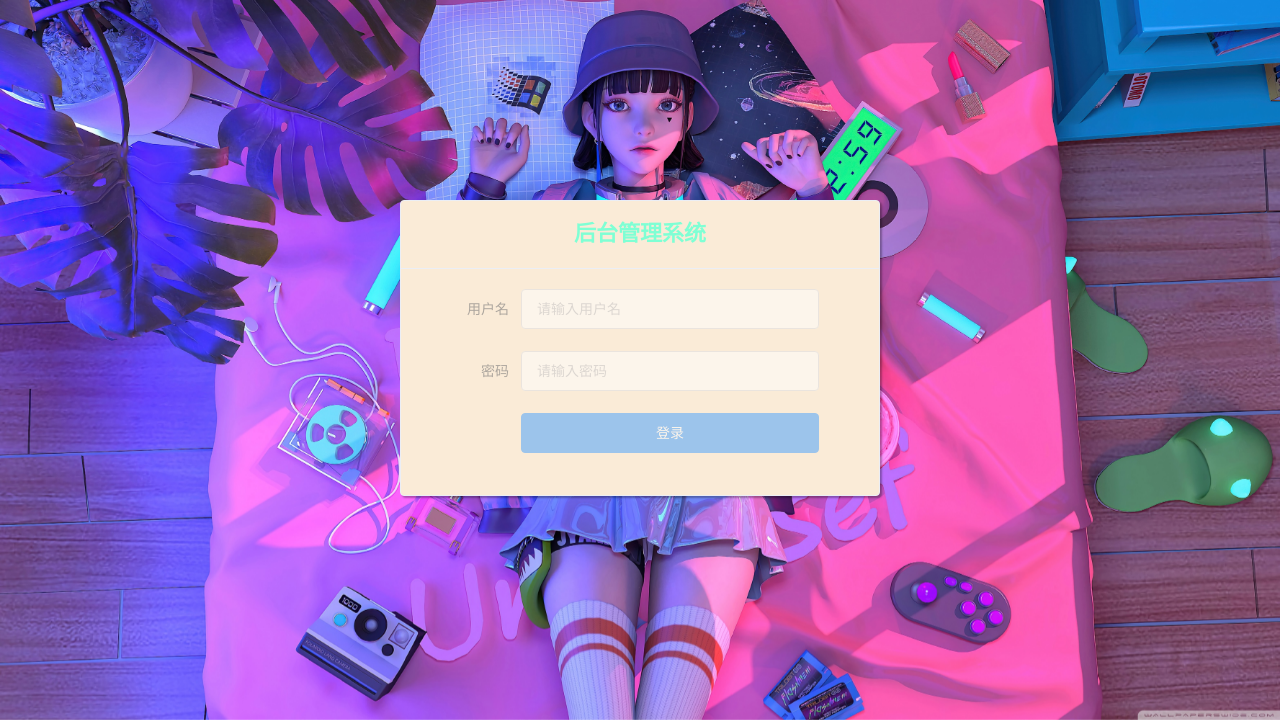
Repository: wuder-jie/Manager-System
Page: /
An editor plug-in stored every save of this project. The page is shown before and after the next save, followed by the edit.
The browser window is 1280 px wide. The pictures show the whole page.
The project was rebuilt for these pictures with package versions that can differ from the ones it lists, and the page was loaded fresh each time. Also part of the build but not shown: vue.config.js.

Above is the page before, as saved 2022-11-27 15:41:17.

### src/main.js
import Vue from "vue";
import App from "./App.vue";
import ElementUI from "element-ui";
import "element-ui/lib/theme-chalk/index.css";
// 引入reset样式重置文件。
import "@/assets/css/reset.css";
// 引入图标样式
import "font-awesome/css/font-awesome.min.css";
// 引入axios
import service from "@/api/service.js";
// 引入路由器
import router from "@/router";
// 把axios挂载到原型，所有的vc都可访问。
Vue.prototype.service = service;
Vue.config.productionTip = false;
Vue.use(ElementUI);

new Vue({ router, render: (h) => h(App) }).$mount("#app");

### src/App.vue
<template>
  <div id="app">
    <router-view></router-view>
  </div>
</template>

<script>
export default {
  name: "app",
  data() {
    return {};
  },
  components: {},
  methods: {},
};
</script>
<style lang="scss">
.suc {
  background-color: red;
}
</style>

### src/assets/css/reset.css
body {
  font-family:arial,helvetica,sans-serif;
  font-size:13px;
  font-size-adjust:none;
  font-stretch:normal;
  font-style:normal;
  font-variant:normal;
  font-weight:normal;
  line-height:1.4;
  text-align:center;
  }
  *{
    margin: 0;
    padding: 0;
    box-sizing: border-box;
  }
  html,body,#app{
    width: 100%;
    height: 100%;
  }
  body, ul, ol, dl, dd, h1, h2, h3, h4, h5, h6, p, form, fieldset, legend, input, textarea, select, button, th, td {
  margin:0;
  padding:0;
  }
  h1, h2, h3, h4, h5, h6 {
  font-size:100%;
  font-weight:normal;
  }
  table {
  font-size:inherit;
  }
  input, select {
  font-family:arial,helvetica,clean,sans-serif;
  font-size:100%;
  font-size-adjust:none;
  font-stretch:normal;
  font-style:normal;
  font-variant:normal;
  font-weight:normal;
  line-height:normal;
  }
  button {
  overflow:visible;
  }
  th, em, strong, b, address, cite {
  font-style:normal;
  font-weight:normal;
  }
  li {
  list-style-image:none;
  list-style-position:outside;
  list-style-type:none;
  }
  img, fieldset {
  border:0 none;
  }
  ins {
  text-decoration:none;
  }

### src/api/service.js
import axios from "axios";
import { getToken } from "@/utils/localStorage.js";
const service = axios.create({
  baseURL: "/api2",
  timeout: 3000,
});
// 添加请求拦截器
service.interceptors.request.use(
  function (config) {
    // 在发送请求之前做些什么
    // 配置token到headers中。
    if (getToken("TOKEN")) {
      config.headers["TOKEN"] = getToken("TOKEN");
    }

    return config;
  },
  function (error) {
    // 对请求错误做些什么
    return Promise.reject(error);
  }
);

// 添加响应拦截器
service.interceptors.response.use(
  function (response) {
    // 对响应数据做点什么
    return response;
  },
  function (error) {
    // 对响应错误做点什么
    return Promise.reject(error);
  }
);
export default service;

### src/router/index.js
import Vue from "vue";
import Router from "vue-router";
Vue.use(Router);
const routes = [
  {
    path: "/",
    redirect: "/login",
  },
  {
    name: "login",
    path: "/login",
    // 路由懒加载
    component: () => import("@/pages/login"),
  },
  {
    name: "NotFound",
    path: "*",
    // 路由懒加载
    component: () => import("@/components/NotFound.vue"),
  },
  {
    name: "home",
    path: "/home",
    // 路由懒加载
    component: () => import("@/pages/home"),
    // 异步组件
    // component: (resolve) => require(["@/pages/home"], resolve),
  },
];

const router = new Router({
  mode: "history",
  routes,
});
export default router;

### src/utils/localStorage.js
export function setToken(key, value) {
  localStorage.setItem(key, value);
}
export function getToken(key) {
  return localStorage.getItem(key);
}
export function removeToken(key) {
  localStorage.removeItem(key);
}

### src/pages/login/index.vue
<template>
  <div id="login">
    <el-card class="box-card">
      <div slot="header" class="clearfix">
        <span>后台管理系统</span>
      </div>
      <el-form
        :model="ruleForm"
        status-icon
        ref="ruleForm"
        label-width="100px"
        class="demo-ruleForm"
      >
        <el-form-item label="用户名" prop="userName">
          <el-input
            type="userName"
            placeholder="请输入用户名"
            v-model.trim="ruleForm.userName"
            @blur="validateUserName"
            autocomplete="off"
          ></el-input>
        </el-form-item>
        <el-form-item label="密码" prop="password">
          <el-input
            type="password"
            placeholder="请输入密码"
            @blur="validatePassWord"
            v-model.trim="ruleForm.password"
            autocomplete="off"
          ></el-input>
        </el-form-item>
        <el-form-item>
          <el-button
            type="primary"
            @click.prevent="submitForm('ruleForm')"
            class="btn-login"
            >登录</el-button
          >
        </el-form-item>
      </el-form>
    </el-card>
  </div>
</template>

<script>
import { login } from "@/api/index.js";
import { setToken } from "@/utils/localStorage.js";
export default {
  name: "LoginItem",
  data() {
    return {
      ruleForm: {
        userName: "",
        password: "",
      },
      // 验证表单
    };
  },
  methods: {
    async submitForm(formName) {
      this.$refs[formName].validate(async (valid) => {
        if (valid) {
          // 发送请求登录请求。
          const data = {
            username: this.ruleForm.userName,
            password: this.ruleForm.password,
          };
          const { data: result } = await login(data);
          if (result.status === 200) {
            setToken("TOKEN", JSON.stringify(result.token));
            setToken("USERNAME", JSON.stringify(result.username));
            this.$message({
              message: "登录成功",
              type: "success",
            });
            this.$router.push("/home");
          }
        } else {
          console.log("error submit!!");
          return false;
        }
      });
    },
    // 验证用户名
    validateUserName() {
      let val1 = /^(?:(?:\+|00)86)?1[3-9]\d{9}$/;
      if (this.ruleForm.userName === "") {
        this.$message({
          message: "用户名不能为空",
          type: "warning",
        });
      } else if (!val1.test(this.ruleForm.userName)) {
        this.$message({
          message: "你输入的手机号不符合规定，请重新输入",
          type: "warning",
        });
      }
    },
    // 验证密码
    validatePassWord() {
      // 大写字母、小写字母、数字、字符任选三项。
      let val2 =
        /^(?![a-zA-Z]+$)(?![A-Z0-9]+$)(?![A-Z\W_!@#$%^&*`~()-+=]+$)(?![a-z0-9]+$)(?![a-z\W_!@#$%^&*`~()-+=]+$)(?![0-9\W_!@#$%^&*`~()-+=]+$)[a-zA-Z0-9\W_!@#$%^&*`~()-+=]/;
      if (this.ruleForm.password === "") {
        this.$message({
          message: "密码不能为空",
          type: "warning",
        });
      } else if (!val2.test(this.ruleForm.password)) {
        this.$message({
          message:
            "密码不符合规定，必须在大写字母、小写字母、数字、字符中任选三项",
          type: "warning",
        });
      }
    },
  },
};
</script>
<style lang="scss">
#login {
  position: absolute;
  width: 100%;
  height: 100%;
  background-color: antiquewhite;
  margin: 0px;
  background: url(@/assets/images/cute_anime_girl_2-wallpaper-3554x1999.jpg)
    no-repeat;
  background-size: 100% 100%;
  background-attachment: fixed;
  .el-form {
    margin-right: 40px;
    filter: alpha(Opacity=80);
    -moz-opacity: 0.5;
    opacity: 0.5;

  }
  .box-card {
    background-color: antiquewhite;
    box-shadow: 2px 2px 2px rgba(0, 0, 0, 0.3);
  }
  .btn-login {
    width: 100%;
  }
  .text {
    font-size: 14px;
  }
  .clearfix span {
    font-size: 22px;
    font-weight: 600;
    color: aquamarine;
  }

  .clearfix:before,
  .clearfix:after {
    display: table;
    content: "";
  }
  .clearfix:after {
    clear: both;
  }

  .box-card {
    width: 480px;
    margin: 200px auto;
  }
}
</style>

### src/api/index.js
import service from "./service.js";

// 登录请求。/login    post   username,password
export const login = function (data = {}) {
  return service({url:'/login',method:'post',data})
};

Loaded but not shown: public/index.html (common file)

After the next save:
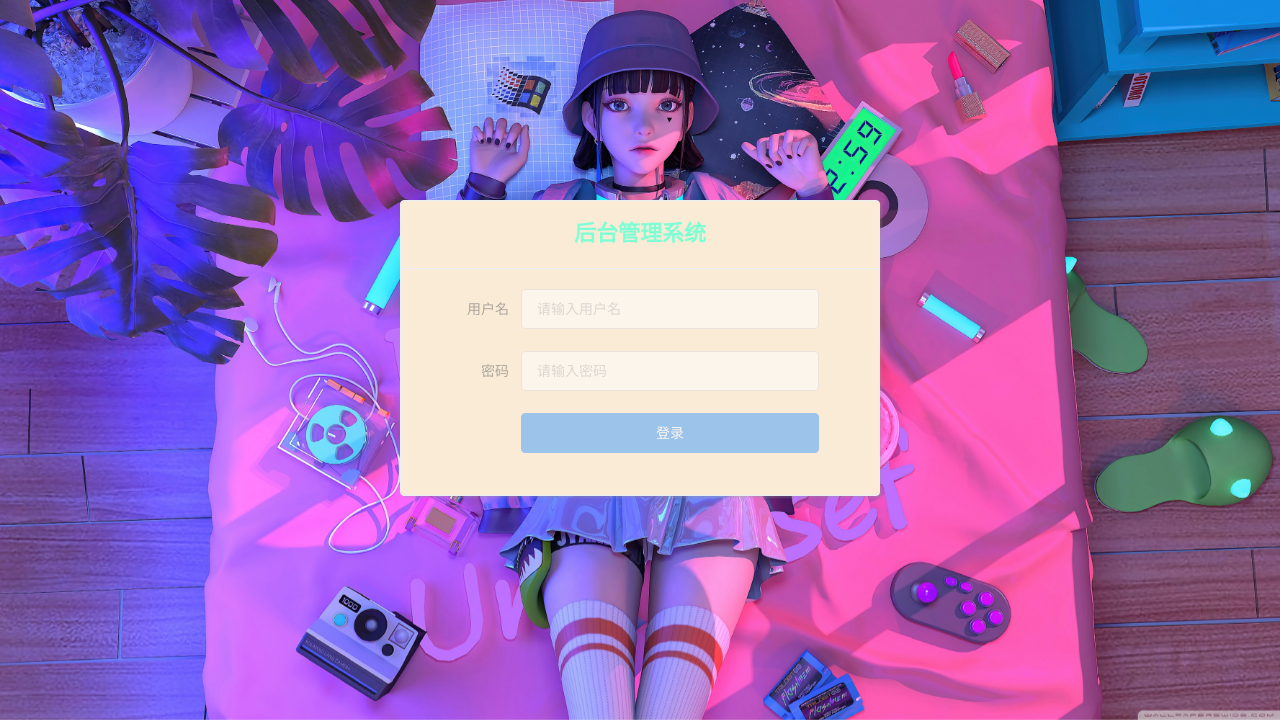
Saved 22 s later.
--- a/src/pages/login/index.vue
+++ b/src/pages/login/index.vue
@@ -137,7 +137,7 @@ export default {
   }
   .box-card {
     background-color: antiquewhite;
-    box-shadow: 2px 2px 2px rgba(0, 0, 0, 0.3);
+    box-shadow: 2px 2px 2px rgba(157, 150, 150, 0.3);
   }
   .btn-login {
     width: 100%;
